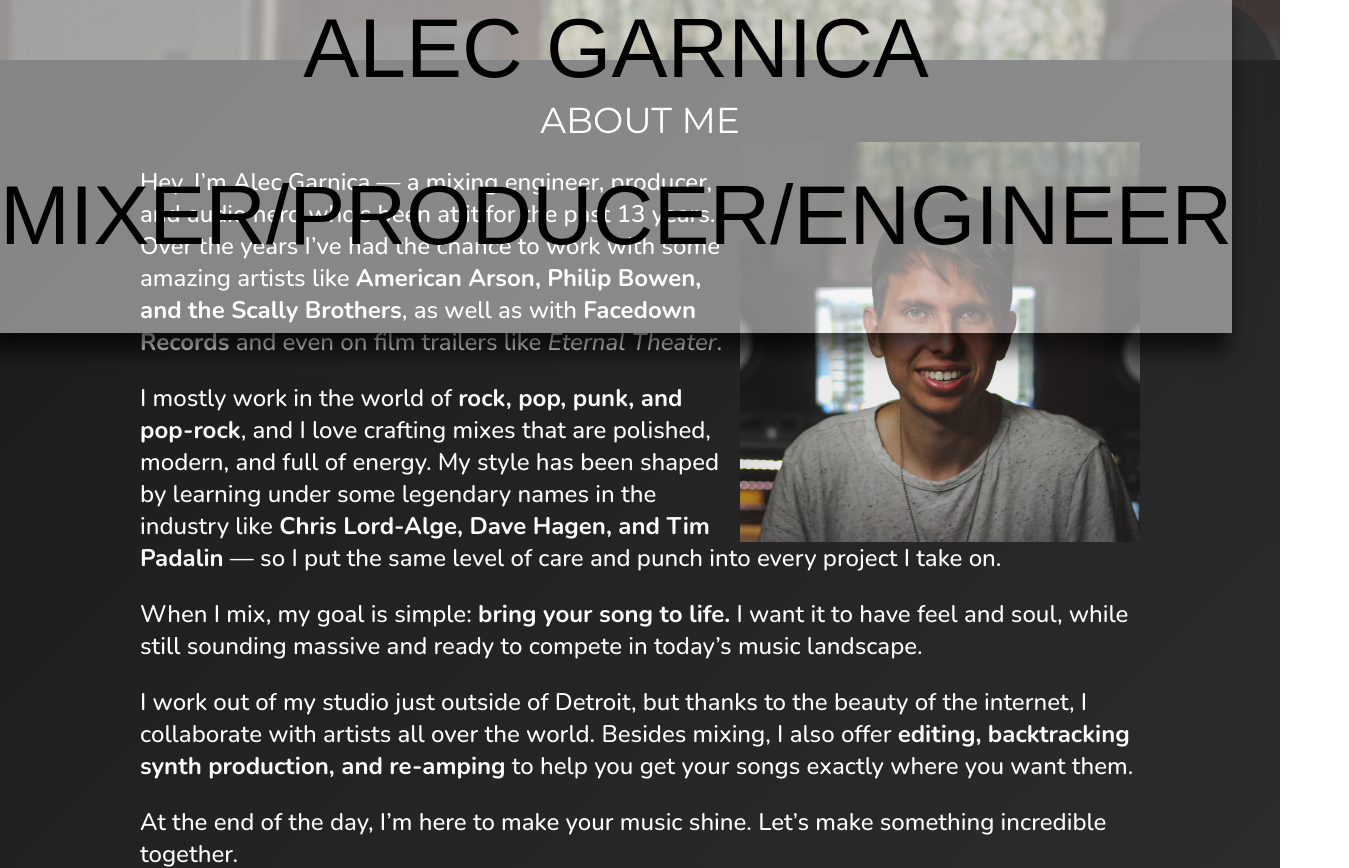
Repository: Aworminator/mixing-portfolio
Page: index.html
An editor plug-in stored every save of this project. The page is shown before and after the next save, followed by the edit.
The browser window is 1280 px wide. The page is 1280 px wide, then 1349 px, then 1280 px, so the pictures cover 1349 px, including what lies to the right of the window. The pictures show the part of the page from y = 0 to 868 px (the page is 5893 px tall).
Some web fonts or font styles are not loaded; a fallback is used.

Above is the page before, as saved 2025-09-02 14:58:24.
Console error: ReferenceError: emailjs is not defined

After the next save:
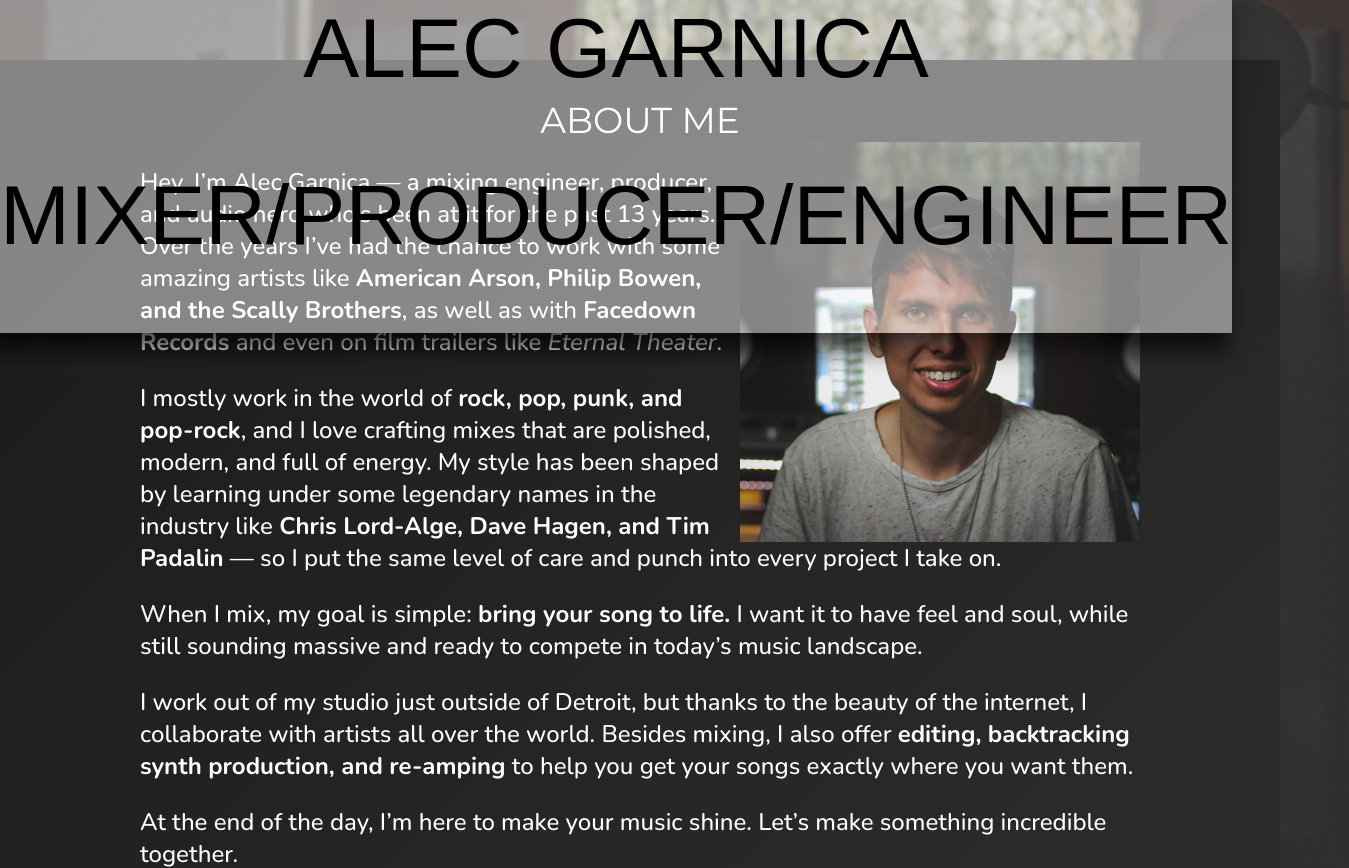
Saved 26 s later.
--- a/styles.css
+++ b/styles.css
@@ -42,7 +42,7 @@
 
 .main-pic {
   position: absolute;
-  height: 80vh;
+  max
   width: 100%;
   margin: 0 auto;
   object-fit: cover;

After the save that followed:
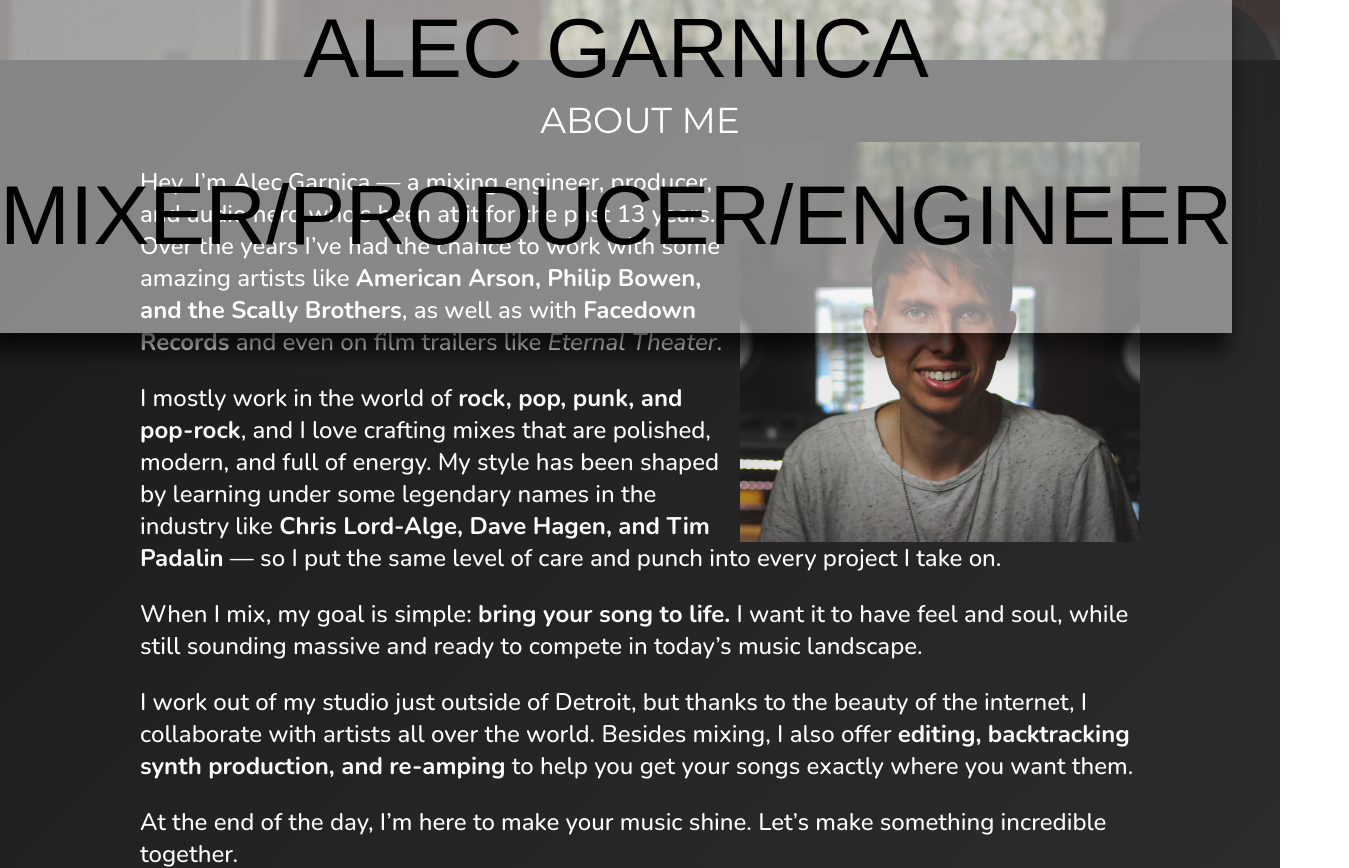
Saved 5 s later.
--- a/styles.css
+++ b/styles.css
@@ -42,7 +42,7 @@
 
 .main-pic {
   position: absolute;
-  max
+  max-height: 900px;
   width: 100%;
   margin: 0 auto;
   object-fit: cover;
